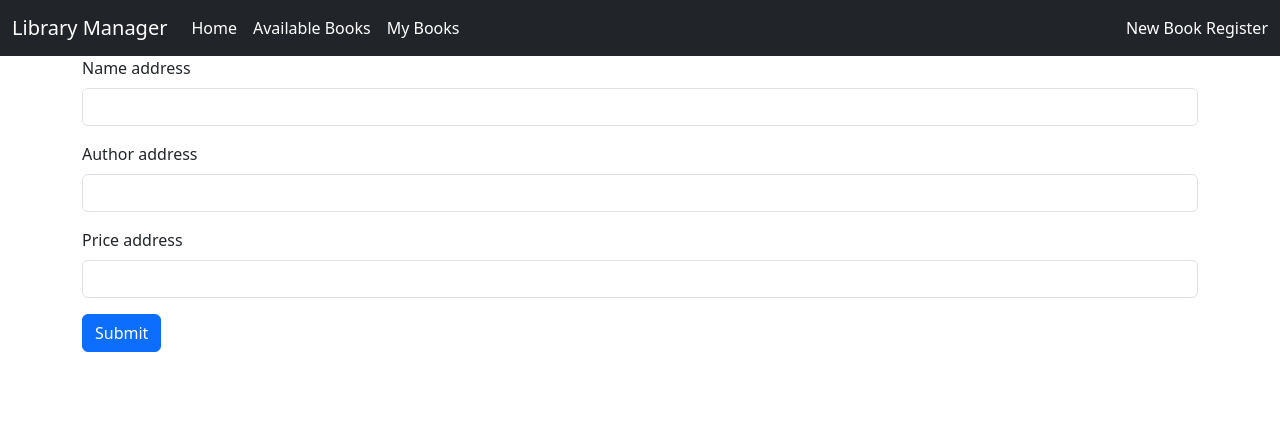
Repository: AkashCoder99/Spring-Libraray-Management
Page: http://localhost/bookEdit
These files come from the project's save history. The page is drawn as it stood at one moment and after the next save; the edit follows.
The browser window is 1280 px wide. The pictures show the whole page.
The page is this project's Thymeleaf template; nobody is signed in. The template is opened directly, without the code that normally fills it, so the values that code supplies are empty.

Above is the page before, as saved 2023-05-29 18:29:39.

### bookStore/src/main/resources/templates/bookEdit.html
<!doctype html>
<html lang="en" xmlns:th="https://www.thymeleaf.com">

<head>
	<meta charset="utf-8">
	<meta name="viewport" content="width=device-width, initial-scale=1">
	<title>Library Management</title>
	<link href="https://cdn.jsdelivr.net/npm/bootstrap@5.3.0-alpha3/dist/css/bootstrap.min.css" rel="stylesheet"
		integrity="sha384-KK94CHFLLe+nY2dmCWGMq91rCGa5gtU4mk92HdvYe+M/SXH301p5ILy+dN9+nJOZ" crossorigin="anonymous">
</head>

<body>
	<nav class="navbar navbar-expand-lg navbar-light bg-dark">
		<div class="container-fluid">
			<a class="navbar-brand text-white" href="#">Library Manager</a>
			<button class="navbar-toggler" type="button" data-bs-toggle="collapse"
				data-bs-target="#navbarSupportedContent" aria-controls="navbarSupportedContent" aria-expanded="false"
				aria-label="Toggle navigation">
				<span class="navbar-toggler-icon"></span>
			</button>
			<div class="collapse navbar-collapse" id="navbarSupportedContent">
				<ul class="navbar-nav me-auto mb-2 mb-lg-0">
					<li class="nav-item">
						<a class="nav-link active text-white" aria-current="page" href="/">Home</a>
					</li>
					<li class="nav-item">
						<a class="nav-link text-white" href="available_books">Available Books</a>
					</li>
					<li class="nav-item">
						<a class="nav-link text-white" href="#">My Books</a>
					</li>
				</ul>
				<div>
					<a class="nav-link text-white" href="book_register">New Book Register</a>
				</div>
			</div>
		</div>
	</nav>

	<div class="container">
		<form>
			<div class="mb-3">
				<label for="name" class="form-label">Name address</label>
				<input type="email" class="form-control" name="name">
			</div>
			<div class="mb-3">
				<label for="author" class="form-label">Author address</label>
				<input type="email" class="form-control" name="author">
			</div>
			<div class="mb-3">
				<label for="name" class="form-label">Price address</label>
				<input type="email" class="form-control" name="price">
			</div>
			<button type="submit" class="btn btn-primary">Submit</button>
		</form>

	</div>


	<script src="https://cdn.jsdelivr.net/npm/bootstrap@5.3.0-alpha3/dist/js/bootstrap.bundle.min.js"
		integrity="sha384-ENjdO4Dr2bkBIFxQpeoTz1HIcje39Wm4jDKdf19U8gI4ddQ3GYNS7NTKfAdVQSZe"
		crossorigin="anonymous"></script>
</body>

</html>

After the next save:
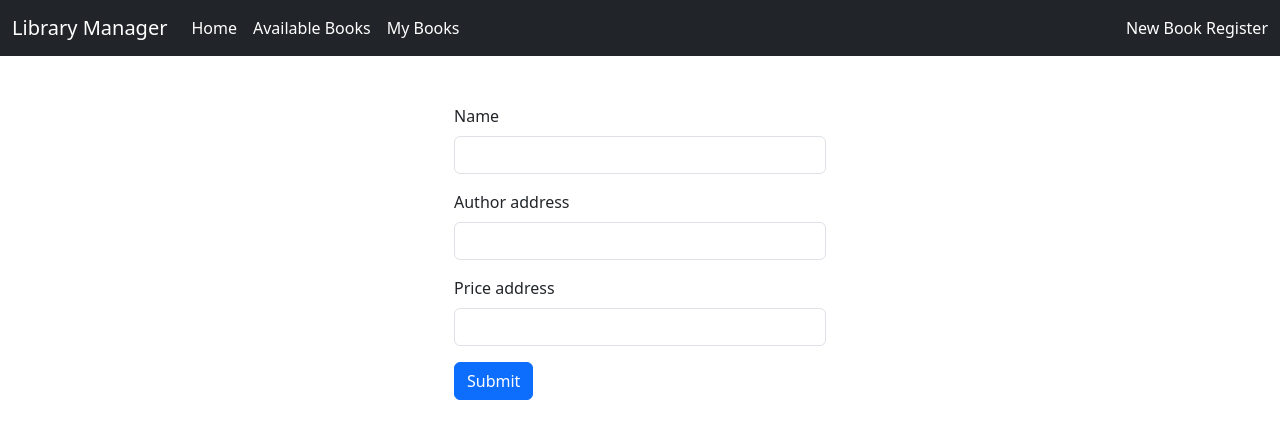
Saved 43 s later.
--- a/bookStore/src/main/resources/templates/bookEdit.html
+++ b/bookStore/src/main/resources/templates/bookEdit.html
@@ -37,10 +37,10 @@
 		</div>
 	</nav>
 
-	<div class="container">
-		<form>
+	<div class="container my-5">
+		<form class="col-md-4 offset-md-4">
 			<div class="mb-3">
-				<label for="name" class="form-label">Name address</label>
+				<label for="name" class="form-label">Name</label>
 				<input type="email" class="form-control" name="name">
 			</div>
 			<div class="mb-3">
